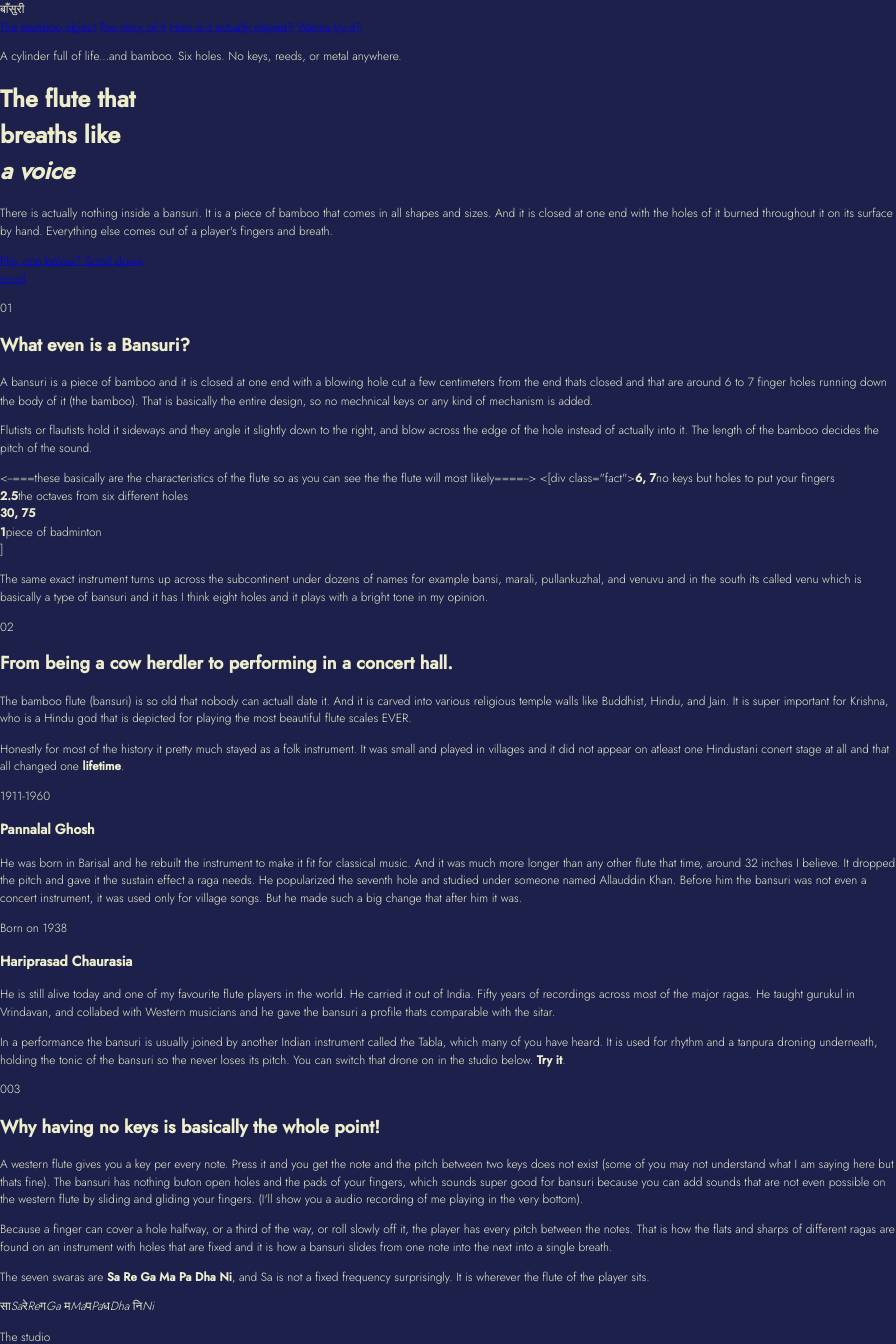
Repository: manayparikh1/Bansi
Page: index.html
An editor plug-in stored every save of this project. The page is shown before and after the next save, followed by the edit.
The browser window is 1280 px wide. The pictures show the part of the page from y = 0 to 1920 px (the page is 2589 px tall before and 2710 px after), at 70% of full size.

Above is the page before, as saved 2026-09-19 21:56:17.

After the next save:
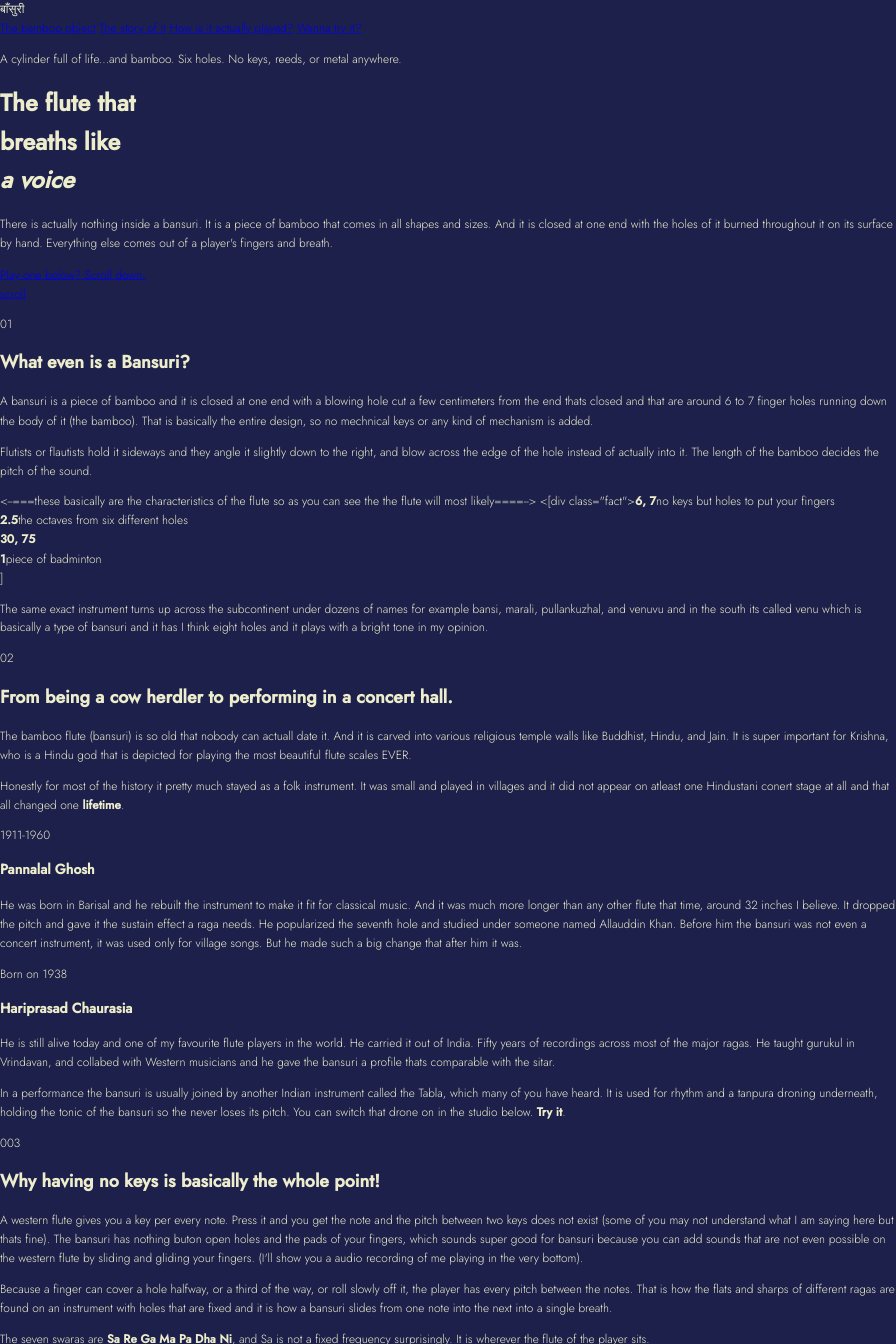
Saved 65 s later.
--- a/style.css
+++ b/style.css
@@ -28,6 +28,6 @@ body {
     font-family: 'Jost', Helvetica, Arial, sans-serif;
     font-size: 17px;
     font-weight: 300;
-    line-height: 1.5;
-    overflow-x: hidden;
+    line-height: 1.6;
+    overflow-y: hidden;
 }
